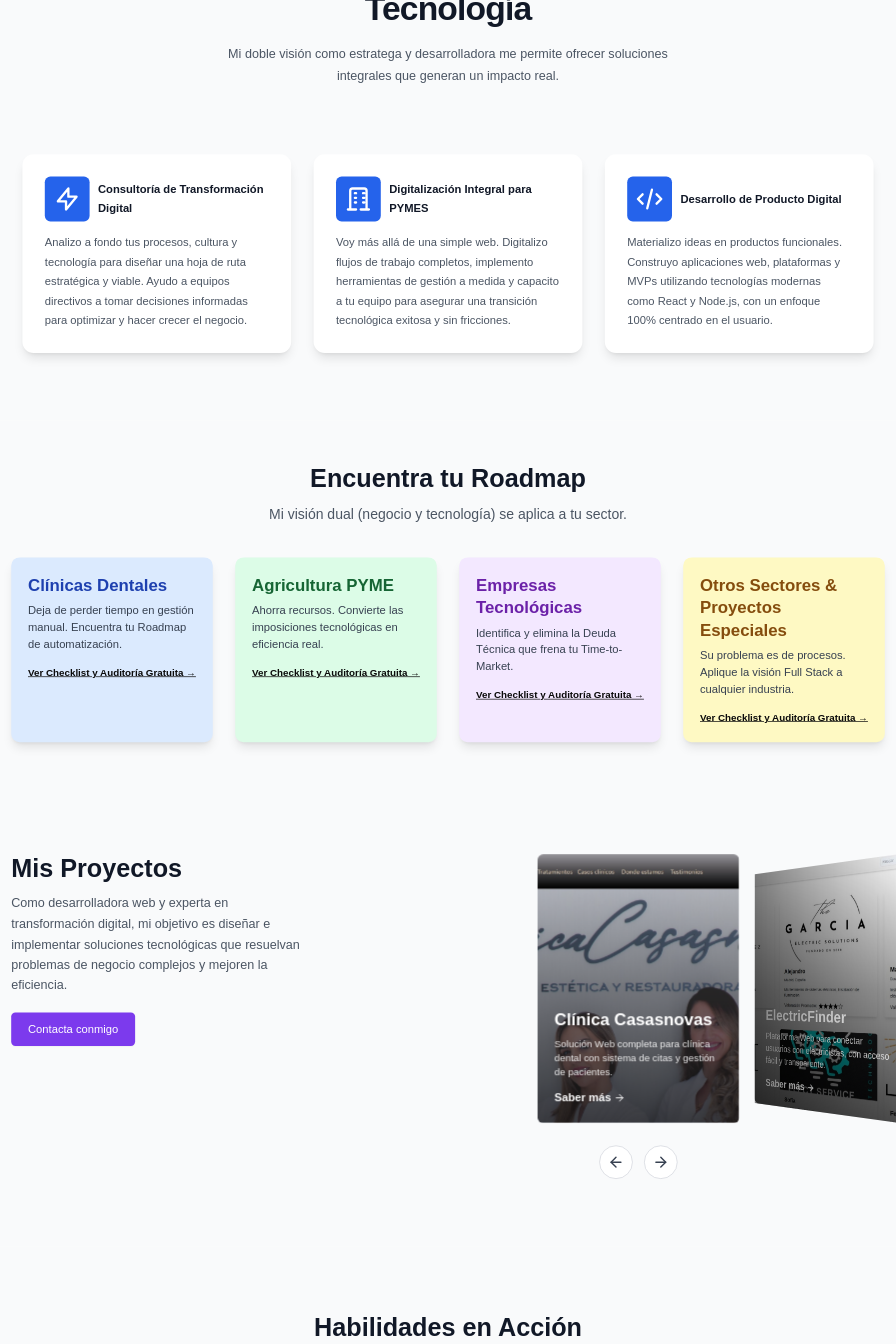
Repository: SierraMa1/SierraMa1.github.io
Page: /
The author's editor kept a copy of each file at every save. The page is drawn from the files as they stood at one save, then again after the next save.
The browser window is 1280 px wide. The pictures show the part of the page from y = 1716 to 3636 px (the page is 6053 px tall), at 70% of full size.
The page's requests for data from a server got no answer. The project was rebuilt for these pictures with package versions that can differ from the ones it lists, and the page was loaded fresh each time. The framework's server and built-in components were replaced by stand-ins that run in the browser. No one was signed in, and anything a server would have sent is missing. Also part of the build but not shown: next.config.ts, src/components/ChatWindow.jsx.

Above is the page before, as saved 2025-10-28 12:40:05.

### src/app/layout.tsx

import "./globals.css";
import Header from "@/components/Header";
import Footer from "@/components/Footer";
import Chatbot from "@/components/Chatbot";

export const metadata = {
  title: {
    template: '%s | María Sierra Sánchez',
    default: 'Consultoría Digital y Desarrollo Web a Medida',
  },
  description: 'Transformación digital real para PYMES, desde la estrategia hasta la implementación técnica con React y Node.js.',
};

export default function RootLayout({ children }: { children: React.ReactNode })  {
  return (
    <html lang="es" className="!scroll-smooth">
      <body className="flex flex-col min-h-screen bg-white">
        <Header />
        <main className="flex-grow">
          {children}
        </main>
        <Footer />
        <Chatbot /> {}
      </body>
    </html>
  );
}

### src/app/page.tsx
import Hero from '@/components/Hero';
import ProjectsSection from '@/components/ProjectsSection';
import AboutSection from '@/components/AboutSection';
import Solutions from '@/components/Solutions';
import PlaygroundSection from '@/components/PlaygroundSection';
import SkillSection from '@/components/SkillSection';
import BlogSection from '@/components/BlogSection';
import ResourceHubSection from '@/components/ResourceHubSection';
export default function Home() {
  return (
    <>
      <Hero />
      <AboutSection />
      <Solutions />
      <ResourceHubSection />
      <ProjectsSection />
      <SkillSection />
      <PlaygroundSection />
      <BlogSection />
    </>
  );
}

### src/app/globals.css
@tailwind base;
@tailwind components;
@tailwind utilities;

body {
  font-family: Arial, Helvetica, sans-serif;
}

@layer base {
  :root {
    --background: 0 0% 100%;
    --foreground: 0 0% 3.9%;
    --card: 0 0% 100%;
    --card-foreground: 0 0% 3.9%;
    --popover: 0 0% 100%;
    --popover-foreground: 0 0% 3.9%;
    --primary: 0 0% 9%;
    --primary-foreground: 0 0% 98%;
    --secondary: 0 0% 96.1%;
    --secondary-foreground: 0 0% 9%;
    --muted: 0 0% 96.1%;
    --muted-foreground: 0 0% 45.1%;
    --accent: 0 0% 96.1%;
    --accent-foreground: 0 0% 9%;
    --destructive: 0 84.2% 60.2%;
    --destructive-foreground: 0 0% 98%;
    --border: 0 0% 89.8%;
    --input: 0 0% 89.8%;
    --ring: 0 0% 3.9%;
    --chart-1: 12 76% 61%;
    --chart-2: 173 58% 39%;
    --chart-3: 197 37% 24%;
    --chart-4: 43 74% 66%;
    --chart-5: 27 87% 67%;
    --radius: 0.5rem;
  }
  .dark {
    --background: 0 0% 3.9%;
    --foreground: 0 0% 98%;
    --card: 0 0% 3.9%;
    --card-foreground: 0 0% 98%;
    --popover: 0 0% 3.9%;
    --popover-foreground: 0 0% 98%;
    --primary: 0 0% 98%;
    --primary-foreground: 0 0% 9%;
    --secondary: 0 0% 14.9%;
    --secondary-foreground: 0 0% 98%;
    --muted: 0 0% 14.9%;
    --muted-foreground: 0 0% 63.9%;
    --accent: 0 0% 14.9%;
    --accent-foreground: 0 0% 98%;
    --destructive: 0 62.8% 30.6%;
    --destructive-foreground: 0 0% 98%;
    --border: 0 0% 14.9%;
    --input: 0 0% 14.9%;
    --ring: 0 0% 83.1%;
    --chart-1: 220 70% 50%;
    --chart-2: 160 60% 45%;
    --chart-3: 30 80% 55%;
    --chart-4: 280 65% 60%;
    --chart-5: 340 75% 55%;
  }
}

@layer base {
  * {
    @apply border-border;
  }
  body {
    @apply bg-background text-foreground;
  }
}

/* Estilos personalizados para la navegación de Swiper */
.swiper-button-prev,
.swiper-button-next {
  color: #ffffff !important; /* Color de las flechas */
  opacity: 0.7;
  transition: opacity 0.3s;
}

.swiper-button-prev:hover,
.swiper-button-next:hover {
  opacity: 1;
}

.swiper-pagination-bullet {
  background: #ffffff !important; /* Color de los puntos */
  opacity: 0.6 !important;
}

.swiper-pagination-bullet-active {
  opacity: 1 !important;
}

/* --- Estilos para los botones de navegación de Swiper --- */

/* Oculta las flechas por defecto de Swiper, ya que usaremos las nuestras */
#proyectos .swiper-button-prev,
#proyectos .swiper-button-next {
  display: none;
}

### src/components/Footer.jsx
'use client'

import { useState, useEffect } from 'react';
import { Linkedin, Github, Mail, Copy, Check } from 'lucide-react';
import Image from 'next/image';

export default function Footer() {
  const [isCopied, setIsCopied] = useState(false);
  const [hasMounted, setHasMounted] = useState(false);

  const email = "info@mariasierrasanchez.com";
  const currentYear = new Date().getFullYear();

  useEffect(() => {
    setHasMounted(true);
  }, []);

  const copyToClipboard = () => {
    // Usamos document.execCommand('copy') para compatibilidad en iframes
    try {
      const ta = document.createElement('textarea');
      ta.value = email;
      ta.style.position = 'fixed'; // Evita que "salte" la pantalla
      ta.style.left = '-9999px';
      document.body.appendChild(ta);
      ta.select();
      document.execCommand('copy');
      document.body.removeChild(ta);

      setIsCopied(true);
      setTimeout(() => setIsCopied(false), 2000);
    } catch (err) {
      console.error('Error al copiar el email: ', err);
    }
  };

  return (
    <footer id="contacto" className="relative w-full border-t border-gray-700">

      {/* --- Fondo con imagen  --- */}
      <div className="absolute inset-0 z-0">
        <Image
          src="/footer-bg1.png"
          alt="Fondo del footer"
          fill // Reemplaza a layout="fill"
          className="object-cover" // Reemplaza a objectFit="cover"
          //  'quality={80}' HA SIDO ELIMINADO PARA QUITAR EL WARNING
          sizes="100vw" //  Añadido para optimización con 'fill'
        />
        {/* Capa oscura para mejorar el contraste del texto */}
        <div className="absolute inset-0 bg-black opacity-60"></div>
      </div>

      {/* --- Contenido superpuesto --- */}
      <div className="relative z-10 container mx-auto px-4 py-12 text-white">
        <h2 className="text-3xl font-bold mb-8 text-center">
          Hablemos
        </h2>

        <div className="flex flex-col md:flex-row justify-center items-center space-y-6 md:space-y-0 md:space-x-10 mb-10">
          <div className="flex items-center space-x-3 font-medium text-gray-200">
            <Mail size={24} />
            <span>{email}</span>
            {hasMounted && (
              <button
                onClick={copyToClipboard}
                className="p-2 bg-violet-500/30 text-violet-300 rounded-full hover:bg-violet-500/50 transition-colors"
                aria-label="Copiar correo electrónico"
              >
                {isCopied ? <Check size={16} /> : <Copy size={16} />}
              </button>
            )}
          </div>
        </div>

        <div className="mt-12 pt-8 border-t border-gray-600 text-center">
            <div className="flex justify-center gap-6 mb-4">
                <a href="https://www.linkedin.com/in/Mar%C3%ADaSierraS%C3%A1nchez/" target="_blank" rel="noopener noreferrer" className="text-gray-400 hover:text-white transition-colors">
                    <Linkedin size={28} />
                </a>
                <a href="https://github.com/SierraMa1" target="_blank" rel="noopener noreferrer" className="text-gray-400 hover:text-white transition-colors">
                    <Github size={28} />
                </a>
            </div>
          <p className="text-sm text-gray-400">
            &copy; {currentYear} María Sierra Sánchez. Diseñado y desarrollado por mí.
          </p>
        </div>
      </div>
    </footer>
  );
}

### src/components/Chatbot.jsx

'use client'
import { useState } from 'react';
import { MessageCircle, X } from 'lucide-react';
import ChatWindow from './ChatWindow';

export default function Chatbot() {
  const [isOpen, setIsOpen] = useState(false);
  return (
    <>
      <ChatWindow isOpen={isOpen} onClose={() => setIsOpen(false)} />
      <button
        onClick={() => setIsOpen(!isOpen)}
        className="fixed bottom-6 right-6 z-50 flex h-14 w-14 items-center justify-center rounded-full bg-violet-600 text-white shadow-lg transition-all hover:scale-110"
        aria-label={isOpen ? "Cerrar chat" : "Abrir chat"}
      >
        {isOpen ? <X size={28} /> : <MessageCircle size={28} />}
      </button>
    </>
  );
}

### src/components/ProjectsSection.tsx
'use client'

import { useState } from 'react';
// Ya no necesitamos la importación de SwiperClass, la hemos quitado.
import { Swiper, SwiperSlide } from 'swiper/react';
import { EffectCoverflow } from 'swiper/modules';
import { projectsData } from '@/data/projects';
import Link from 'next/link';
import ProjectCarouselCard from './ProjectCarouselCard';
import { ArrowLeft, ArrowRight } from 'lucide-react';

import 'swiper/css';
//import 'swiper/css/navigation';
import 'swiper/css/effect-coverflow';

export default function ProjectsSection() {
  // Usamos 'any' para evitar el error de tipos de Swiper
  const [swiperInstance, setSwiperInstance] = useState<any>(null);

  // CREAMOS FUNCIONES PARA CONTROLAR EL CARRUSEL MANUALMENTE
  const handlePrev = () => {
    if (swiperInstance) swiperInstance.slidePrev();
  };

  const handleNext = () => {
    if (swiperInstance) swiperInstance.slideNext();
  };

  return (
    <section id="proyectos" className="w-full bg-gray-50 py-20 lg:py-24 overflow-hidden">
      <div className="container mx-auto px-4">

        <div className="flex flex-col lg:flex-row lg:gap-16">

          <div className="lg:w-1/3 mb-12 lg:mb-0 flex-shrink-0">
            <h2 className="text-4xl font-bold text-gray-900 mb-4">
              Mis Proyectos
            </h2>
            <p className="text-lg text-gray-600 mb-6 leading-relaxed">
              Como desarrolladora web y experta en transformación digital, mi objetivo es diseñar e implementar soluciones tecnológicas que resuelvan problemas de negocio complejos y mejoren la eficiencia.
            </p>
            <Link
              href="/#contacto"
              className="inline-block rounded-md bg-violet-600 px-6 py-3 text-base font-medium text-white shadow-sm transition-colors hover:bg-violet-700"
            >
              Contacta conmigo
            </Link>
          </div>

          <div className="lg:w-2/3">
            <Swiper
              // Añadimos el tipo 'any' al argumento
              onSwiper={(swiper: any) => setSwiperInstance(swiper)}
              modules={[EffectCoverflow]}
              effect={'coverflow'}
              centeredSlides={true}
              loop={false} // Mantenemos esto en 'false'
              slidesPerView={'auto'}
              coverflowEffect={{
                rotate: 50,
                stretch: 0,
                depth: 100,
                modifier: 1,
                slideShadows: true,
              }}
              className="!overflow-visible"
            >
              {projectsData.map((project) => (
                <SwiperSlide key={project.id} className="!w-64 md:!w-72">
                  <ProjectCarouselCard project={project} />
                </SwiperSlide>
              ))}
            </Swiper>

            {/* AÑADIMOS onClick A LOS BOTONES PARA LLAMAR A NUESTRAS FUNCIONES */}
            <div className="mt-8 flex justify-center gap-4">
              <button onClick={handlePrev} className="flex h-12 w-12 items-center justify-center rounded-full border border-gray-300 bg-white text-gray-700 transition hover:bg-gray-100">
                <ArrowLeft size={24} />
              </button>
              <button onClick={handleNext} className="flex h-12 w-12 items-center justify-center rounded-full border border-gray-300 bg-white text-gray-700 transition hover:bg-gray-100">
                <ArrowRight size={24} />
              </button>
            </div>
          </div>

        </div>
      </div>
    </section>
  );
}

### src/components/Solutions.tsx

import React from 'react';

// Pequeños componentes para los iconos para mantener el código principal limpio
const StrategyIcon = () => (
  <svg xmlns="http://www.w3.org/2000/svg" className="h-10 w-10" fill="none" viewBox="0 0 24 24" stroke="currentColor" strokeWidth={2}>
    <path strokeLinecap="round" strokeLinejoin="round" d="M13 10V3L4 14h7v7l9-11h-7z" />
  </svg>
);

const BusinessIcon = () => (
  <svg xmlns="http://www.w3.org/2000/svg" className="h-10 w-10" fill="none" viewBox="0 0 24 24" stroke="currentColor" strokeWidth={2}>
    <path strokeLinecap="round" strokeLinejoin="round" d="M19 21V5a2 2 0 00-2-2H7a2 2 0 00-2 2v16m14 0h2m-2 0h-5m-9 0H3m2 0h5M9 7h1m-1 4h1m-1 4h1m6-4h1m-1 4h1m-1-4h1m-1-4h1" />
  </svg>
);

const CodeIcon = () => (
  <svg xmlns="http://www.w3.org/2000/svg" className="h-10 w-10" fill="none" viewBox="0 0 24 24" stroke="currentColor" strokeWidth={2}>
    <path strokeLinecap="round" strokeLinejoin="round" d="M10 20l4-16m4 4l4 4-4 4M6 16l-4-4 4-4" />
  </svg>
);


// Defino los datos de las tarjetas de servicios
const services = [
  {
    icon: <StrategyIcon />,
    title: "Consultoría de Transformación Digital",
    description: "Analizo a fondo tus procesos, cultura y tecnología para diseñar una hoja de ruta estratégica y viable. Ayudo a equipos directivos a tomar decisiones informadas para optimizar y hacer crecer el negocio."
  },
  {
    icon: <BusinessIcon />,
    title: "Digitalización Integral para PYMES",
    description: "Voy más allá de una simple web. Digitalizo flujos de trabajo completos, implemento herramientas de gestión a medida y capacito a tu equipo para asegurar una transición tecnológica exitosa y sin fricciones."
  },
  {
    icon: <CodeIcon />,
    title: "Desarrollo de Producto Digital",
    description: "Materializo ideas en productos funcionales. Construyo aplicaciones web, plataformas y MVPs utilizando tecnologías modernas como React y Node.js, con un enfoque 100% centrado en el usuario."
  }
];

// El componente principal
const Solutions = () => {
  return (
    <section id="solutions" className="py-20 bg-gray-50 sm:py-24">
      <div className="mx-auto max-w-7xl px-6 lg:px-8">
        {/* Cabecera de la sección */}
        <div className="mx-auto max-w-2xl text-center">
          <p className="text-base font-semibold leading-7 text-blue-600">Mis Servicios</p>
          <h2 className="mt-2 text-4xl font-bold tracking-tight text-gray-900 sm:text-5xl">
            Conectando Estrategia y Tecnología
          </h2>
          <p className="mt-6 text-lg leading-8 text-gray-600">
            Mi doble visión como estratega y desarrolladora me permite ofrecer soluciones integrales que generan un impacto real.
          </p>
        </div>

        {/* Grid con las tarjetas de servicio */}
        <div className="mx-auto mt-16 max-w-2xl sm:mt-20 lg:mt-24 lg:max-w-none">
          <dl className="grid max-w-xl grid-cols-1 gap-x-8 gap-y-16 lg:max-w-none lg:grid-cols-3">
            {services.map((service) => (
              <div key={service.title} className="flex flex-col p-8 bg-white rounded-2xl shadow-lg hover:shadow-2xl transition-shadow duration-300">
                <dt className="flex items-center gap-x-3 text-base font-semibold leading-7 text-gray-900">
                  <div className="flex-none rounded-lg bg-blue-600 p-3 text-white">
                    {service.icon}
                  </div>
                  {service.title}
                </dt>
                <dd className="mt-4 flex flex-auto flex-col text-base leading-7 text-gray-600">
                  <p className="flex-auto">{service.description}</p>
                </dd>
              </div>
            ))}
          </dl>
        </div>
      </div>
    </section>
  );
};

export default Solutions;

### src/components/ResourceHubSection.tsx
import React from 'react';
import Link from 'next/link';

const ResourceHubSection: React.FC = () => {
  const resources = [
    {
      title: "Clínicas Dentales",
      subtitle: "Deja de perder tiempo en gestión manual. Encuentra tu Roadmap de automatización.",
      link: "/recursos/clinicas",
      bgColor: "bg-blue-100",
      textColor: "text-blue-800"
    },
    {
      title: "Agricultura PYME",
      subtitle: "Ahorra recursos. Convierte las imposiciones tecnológicas en eficiencia real.",
      link: "/recursos/agricultura",
      bgColor: "bg-green-100",
      textColor: "text-green-800"
    },
    {
      title: "Empresas Tecnológicas",
      subtitle: "Identifica y elimina la Deuda Técnica que frena tu Time-to-Market.",
      link: "/recursos/tech",
      bgColor: "bg-purple-100",
      textColor: "text-purple-800"
    },
    {
      title: "Otros Sectores & Proyectos Especiales",
      subtitle: "Su problema es de procesos. Aplique la visión Full Stack a cualquier industria.",
      link: "/recursos/general",
      bgColor: "bg-yellow-100",
      textColor: "text-yellow-800"
    },
  ];

  return (
    <section id="recursos" className="py-16 bg-gray-50">
      <div className="container mx-auto px-4">
        <h2 className="text-4xl font-extrabold text-center text-gray-900 mb-4">
           Encuentra tu Roadmap
        </h2>
        <p className="text-xl text-center text-gray-600 mb-12">
          Mi visión dual (negocio y tecnología) se aplica a tu sector.
        </p>

        <div className="grid grid-cols-1 md:grid-cols-2 lg:grid-cols-4 gap-8">
          {resources.map((resource, index) => (
            <Link key={index} href={resource.link} className={`block p-6 rounded-xl shadow-lg hover:shadow-2xl transition duration-300 ${resource.bgColor}`}>
                <h3 className={`text-2xl font-bold mb-2 ${resource.textColor}`}>
                  {resource.title}
                </h3>
                <p className="text-gray-700 mb-4">{resource.subtitle}</p>
                <span className="text-sm font-semibold underline">
                  Ver Checklist y Auditoría Gratuita →
                </span>
            </Link>
          ))}
        </div>
      </div>
    </section>
  );
};

export default ResourceHubSection;

### src/components/ProjectCarouselCard.tsx
import Image from 'next/image';
import Link from 'next/link';
import { ArrowRight } from 'lucide-react';

// DEFINO EL TIPO 'PROJECT' (BUENA PRÁCTICA)
// Asegúrate de que este tipo coincida con tu 'projectsData'
interface Project {
  id: number | string;
  image: string;
  title: string;
  description: string;
}

// APLICO EL TIPO A LAS PROPS
export default function ProjectCarouselCard({ project }: { project: Project }) {
  return (
    <Link
      href={`/projects/${project.id}`}
      className="group relative block h-96 w-full overflow-hidden rounded-lg"
    >
      {/* Imagen de fondo */}
      <Image
        src={project.image}
        alt={`Imagen del proyecto ${project.title}`}
        fill
        // Añado la propiedad 'sizes'
        // Esto le dice a Next.js:
        // - En pantallas de hasta 767px, la imagen ocupa 256px de ancho.
        // - En pantallas de 768px o más, ocupa 288px de ancho.
        // (Esto coincide con los anchos de tu SwiperSlide: !w-64 md:!w-72)
        sizes="(max-width: 767px) 256px, 288px"
        className="object-cover transition-transform duration-300 group-hover:scale-105"
      />

      {/* Capa oscura para legibilidad */}
      <div className="absolute inset-0 bg-gradient-to-t from-black/70 via-black/40 to-transparent"></div>

      {/* Contenido de texto */}
      <div className="absolute bottom-0 left-0 p-6 text-white">
        <h3 className="mb-2 text-2xl font-bold">
          {project.title}
        </h3>
        <p className="mb-4 text-sm opacity-90">
          {project.description}
        </p>
        <div className="inline-flex items-center font-semibold text-white transition-transform group-hover:translate-x-1">
          Saber más
          <ArrowRight size={16} className="ml-1" />
        </div>
      </div>
    </Link>
  );
}

Loaded but not shown: src/lib/utils.ts (common file); tailwind.config.ts (common file); src/data/projects.js (110 lines, source omitted); src/components/PlaygroundSection.tsx (251 lines, source omitted); src/components/AboutSection.tsx (155 lines, source omitted); src/components/Header.tsx (145 lines, source omitted); src/components/SkillSection.tsx (127 lines, source omitted); src/components/Hero.jsx (96 lines, source omitted); src/components/BlogSection.tsx (90 lines, source omitted)

After the next save:
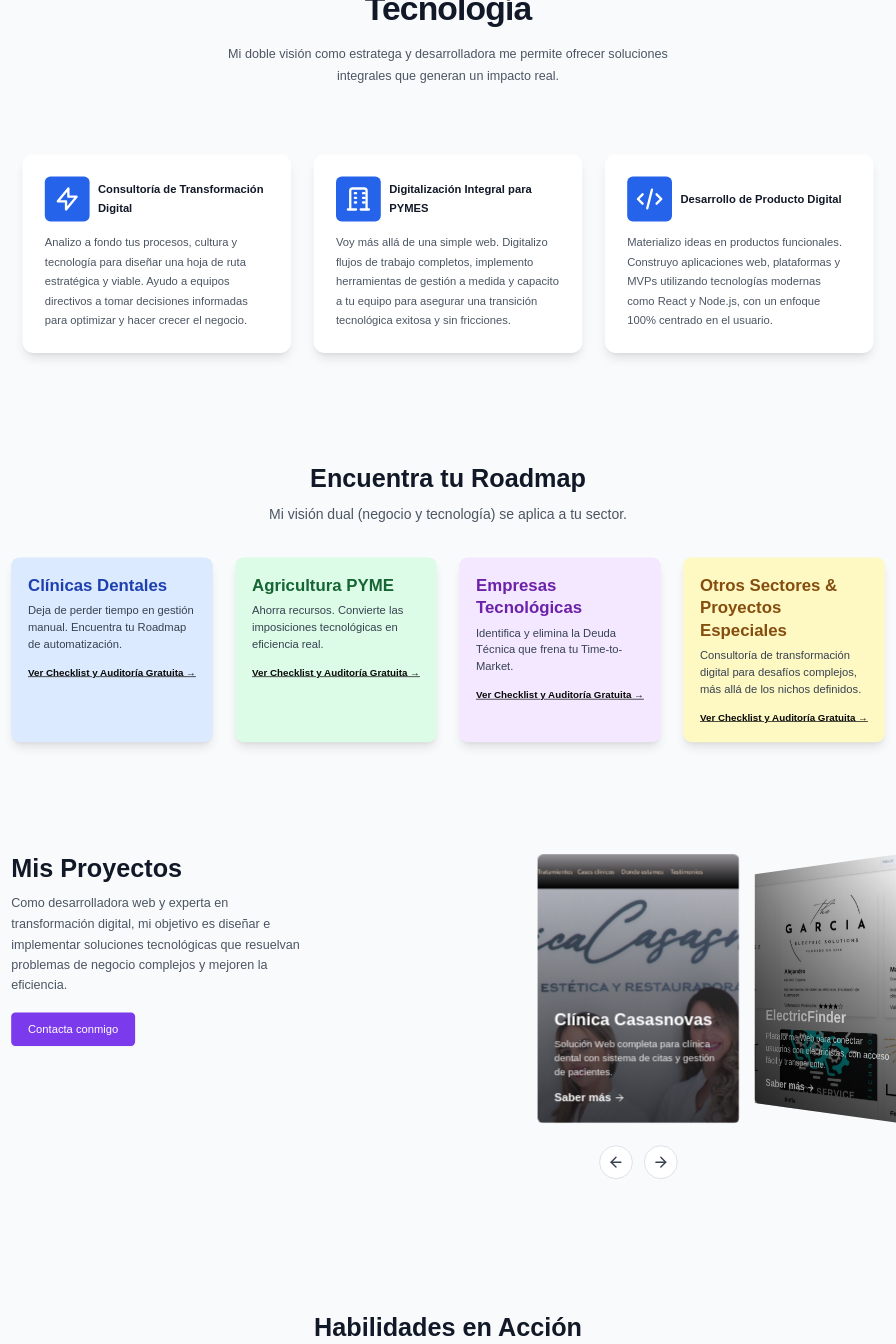
Saved 2 min 18 s later.
--- a/src/components/ResourceHubSection.tsx
+++ b/src/components/ResourceHubSection.tsx
@@ -26,8 +26,7 @@
     },
     {
       title: "Otros Sectores & Proyectos Especiales",
-      subtitle: "Su problema es de procesos. Aplique la visión Full Stack a cualquier industria.",
-      link: "/recursos/general",
+      subtitle: "Consultoría de transformación digital para desafíos complejos, más allá de los nichos definidos.",      link: "/recursos/general",
       bgColor: "bg-yellow-100",
       textColor: "text-yellow-800"
     },
